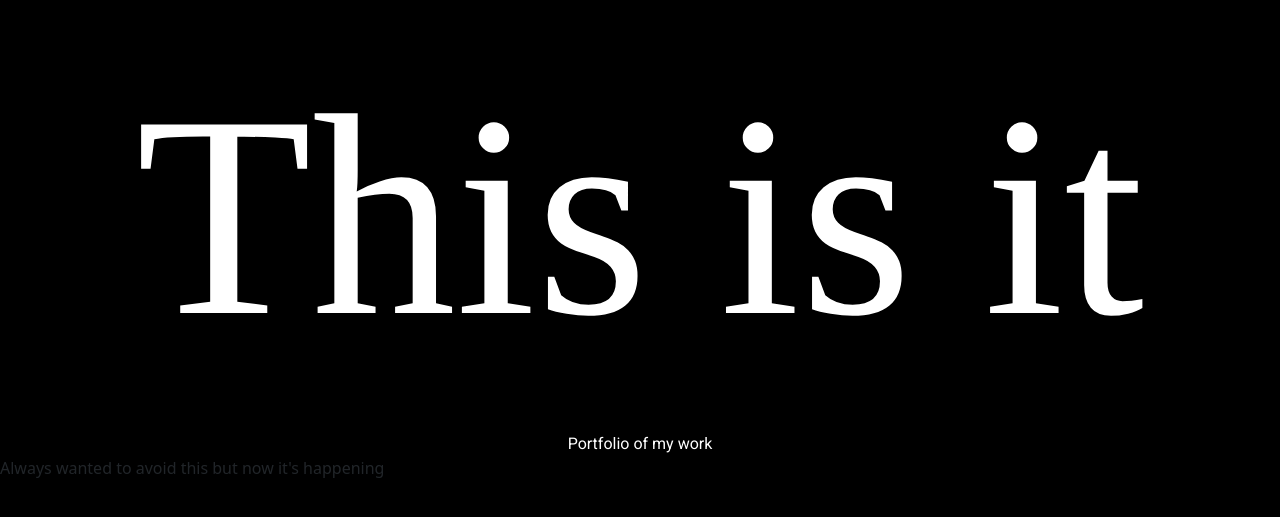
Repository: kathrin-aigner/Portfolio-2022
Page: index.html
These files come from the project's save history. The page is drawn as it stood at one moment and after the next save; the edit follows.
The browser window is 1280 px wide. The pictures show the whole page.
Some web fonts or font styles are not loaded; a fallback is used. Some web libraries are served in a nearby version.

Above is the page before, as saved 2022-02-21 17:24:45.

### index.html
<!DOCTYPE html>
<html lang="en">
  <head>
    <meta charset="UTF-8" />
    <meta http-equiv="X-UA-Compatible" content="IE=edge" />
    <meta name="viewport" content="width=device-width, initial-scale=1.0" />
    <link
      href="https://cdn.jsdelivr.net/npm/bootstrap@5.1.3/dist/css/bootstrap.min.css"
      rel="stylesheet"
      integrity="sha384-1BmE4kWBq78iYhFldvKuhfTAU6auU8tT94WrHftjDbrCEXSU1oBoqyl2QvZ6jIW3"
      crossorigin="anonymous"
    />
    <script
      src="https://cdn.jsdelivr.net/npm/bootstrap@5.1.3/dist/js/bootstrap.bundle.min.js"
      integrity="sha384-ka7Sk0Gln4gmtz2MlQnikT1wXgYsOg+OMhuP+IlRH9sENBO0LRn5q+8nbTov4+1p"
      crossorigin="anonymous"
    ></script>
    <link rel="preconnect" href="https://fonts.googleapis.com" />
    <link rel="preconnect" href="https://fonts.gstatic.com" crossorigin />
    <link
      href="https://fonts.googleapis.com/css2?family=Dela+Gothic+One&family=Roboto:wght@400;500;700&display=swap"
      rel="stylesheet"
    />
    <script
      src="https://kit.fontawesome.com/9a62a34935.js"
      crossorigin="anonymous"
    ></script>

    <link rel="stylesheet" href="/css/styles.css" />
    <title>Welcome to my portfolio – Kathrin Aigner</title>
  </head>
  <body>
    <div class="header">This is it</div>
    <div class="subheader">Portfolio of my work</div>
    <p class="introduction">
      Always wanted to avoid this but now it's happening
    </p>
  </body>
</html>

### css/styles.css
body {
  background-color: black;
}

.header {
  text-align: center;
  font-family: "Dela Gothic One", cursive;
  font-size: 288px;
  color: white;
}
.subheader {
  text-align: center;
  color: white;
  font-family: "Roboto", sans-serif;
}
p .introduction {
  text-align: center;
  color: white;
  font-family: "Roboto", sans-serif;
}

After the next save:
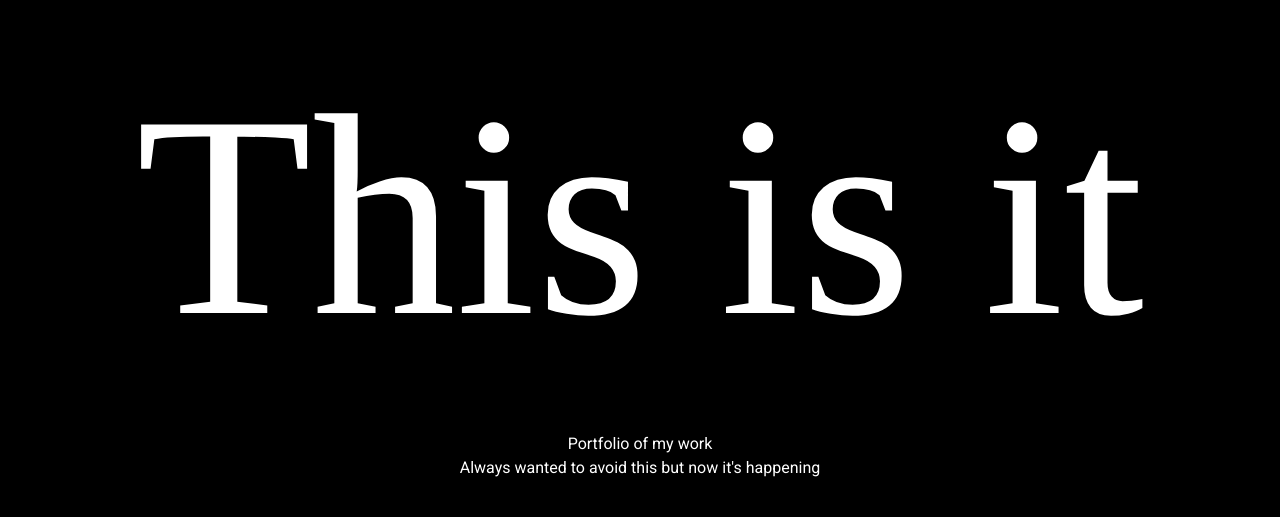
Saved 5 s later.
--- a/css/styles.css
+++ b/css/styles.css
@@ -13,7 +13,7 @@ body {
   color: white;
   font-family: "Roboto", sans-serif;
 }
-p .introduction {
+.introduction {
   text-align: center;
   color: white;
   font-family: "Roboto", sans-serif;
